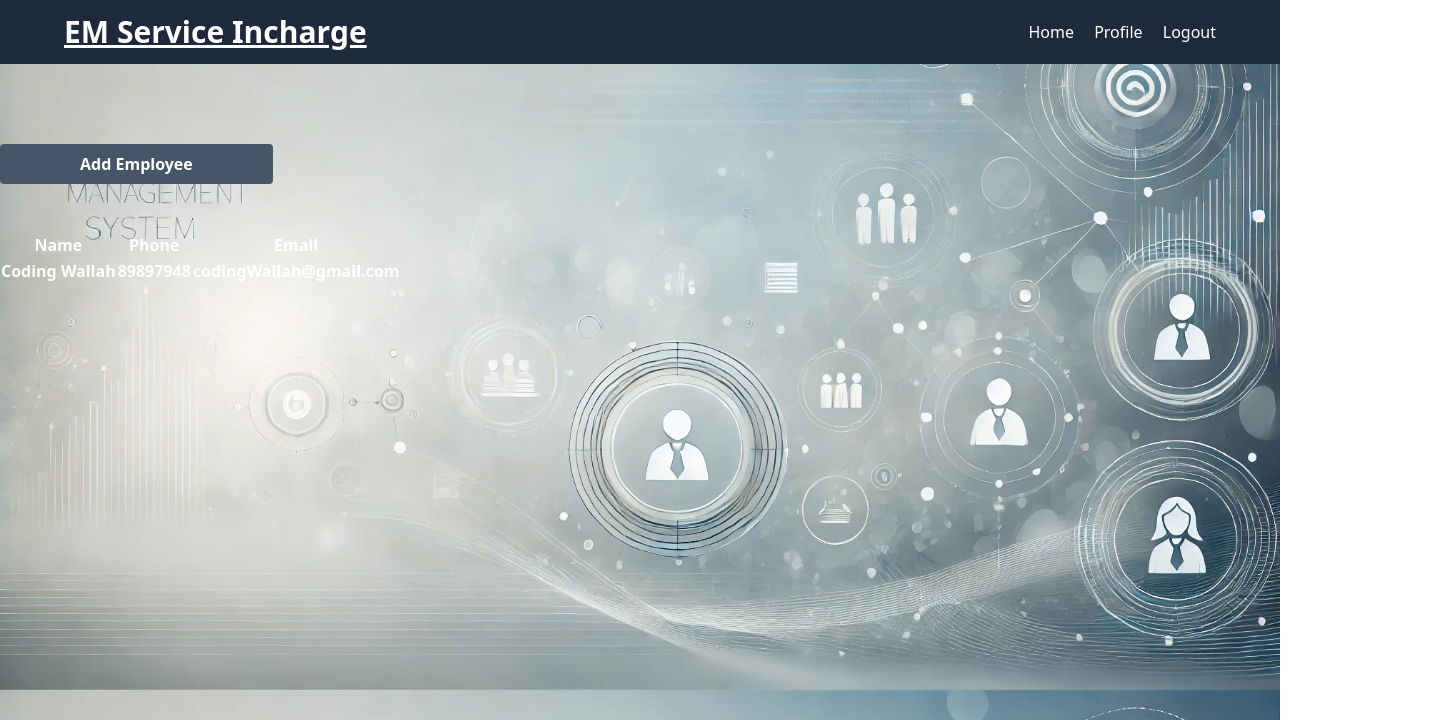
Repository: Vaibhav979/EmployeeManagement-Spring
Page: / (app in em-project-view/)
An editor plug-in stored every save of this project. The page is shown before and after a run of saves, followed by the edit.
The browser window is 1280 px wide. The page is 1280 px wide, then 1440 px, so the pictures cover 1440 px, including what lies to the right of the window. The pictures show the whole page.
The project was rebuilt for these pictures with package versions that can differ from the ones it lists, and the page was loaded fresh each time. Also part of the build but not shown: em-project-view/vite.config.js.

Above is the page before, as saved 2025-01-02 22:48:52.

After the next 2 saves:
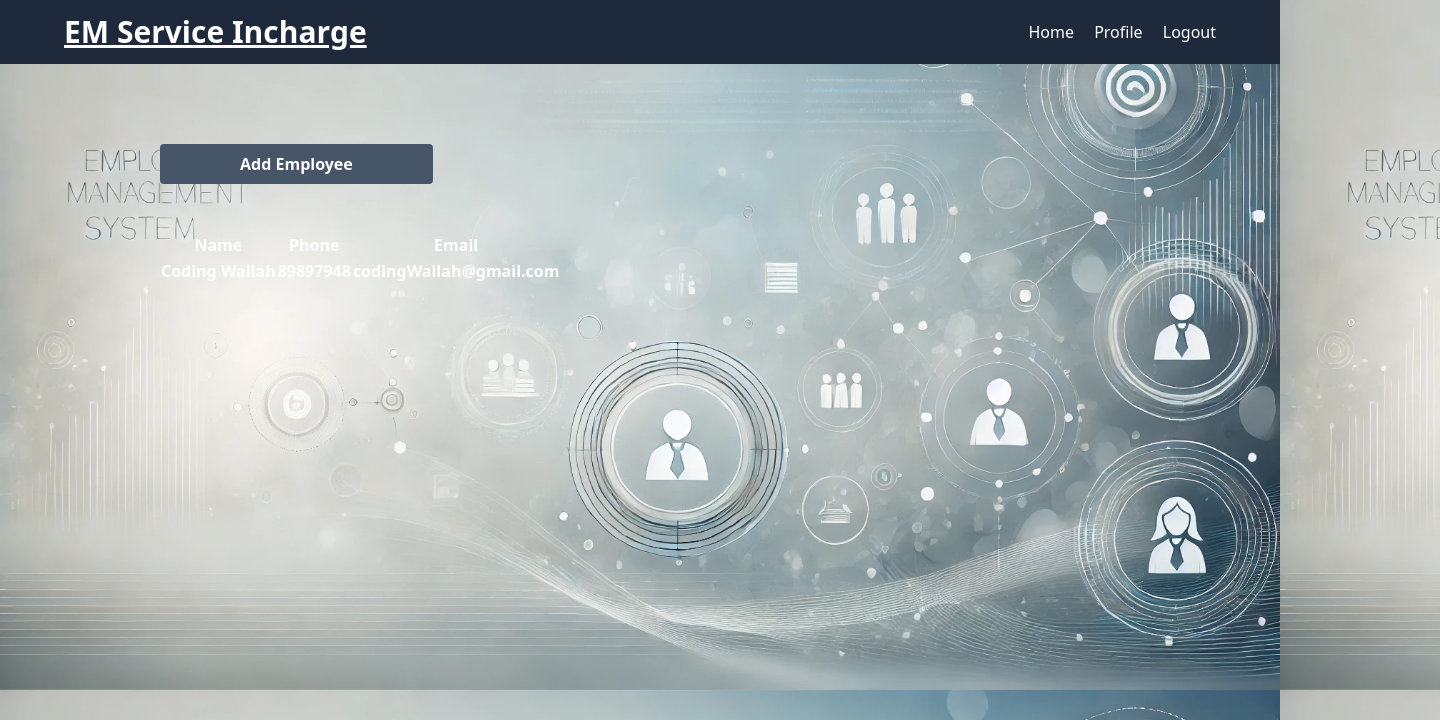
The 2 saves are shown as one change because they came seconds apart.
The last was saved 28 s later.
--- a/em-project-view/src/App.jsx
+++ b/em-project-view/src/App.jsx
@@ -22,7 +22,7 @@ function App() {
         </div>
       </div>
 
-      <div className="container mx-auto my-8">
+      <div className="container mx-40 my-8">
         <div>
           <button className="bg-slate-600 hover:bg-blue-700 my-12 font-semibold px-20 py-2 rounded">
             Add Employee
